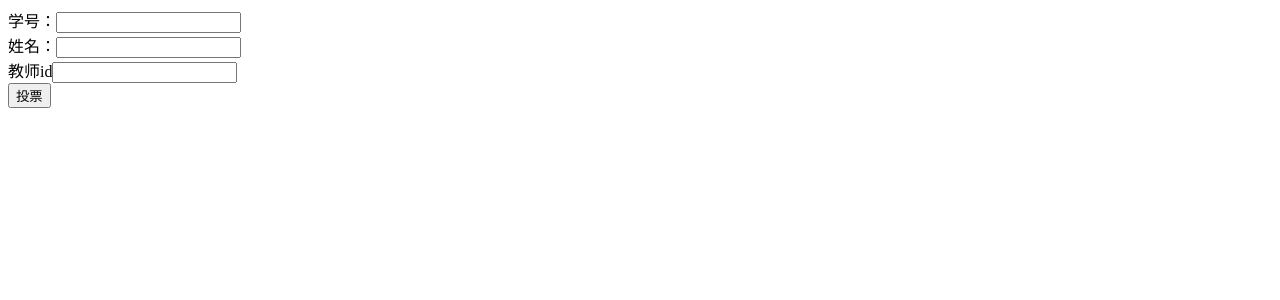
Repository: yonghuisu/THUVote
Page: LocalProject/Application/Home/View/Vote/vote.html
An editor plug-in stored every save of this project. The page is shown before and after the next save, followed by the edit.
The browser window is 1280 px wide. The pictures show the whole page.

Above is the page before, as saved 2014-04-14 08:19:15.

After the next save:
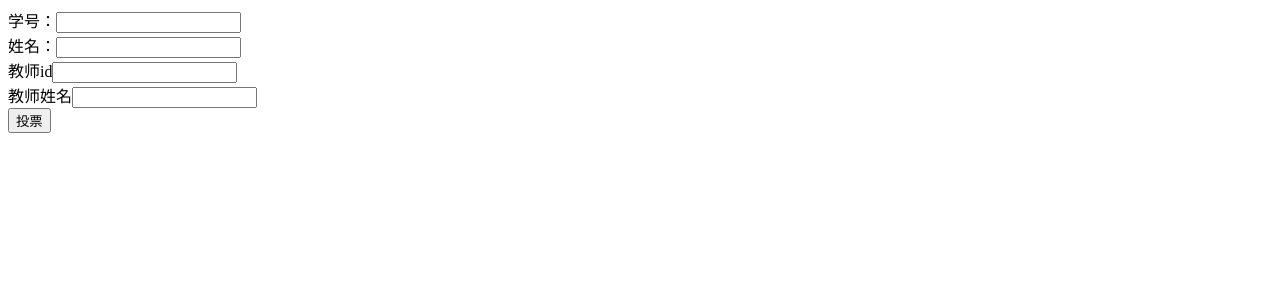
Saved 3 min 47 s later.
--- a/LocalProject/Application/Home/View/Vote/vote.html
+++ b/LocalProject/Application/Home/View/Vote/vote.html
@@ -2,5 +2,6 @@
 学号：<INPUT type="text" name="student_no"><br/>
 姓名：<INPUT type="text" name="student_name"><br/>
 教师id<INPUT type="text" name = "vote_info"><br/>
+教师姓名<INPUT type="text" name = "vote_info"><br/>
  <INPUT type="submit" value="投票">
  </FORM>
